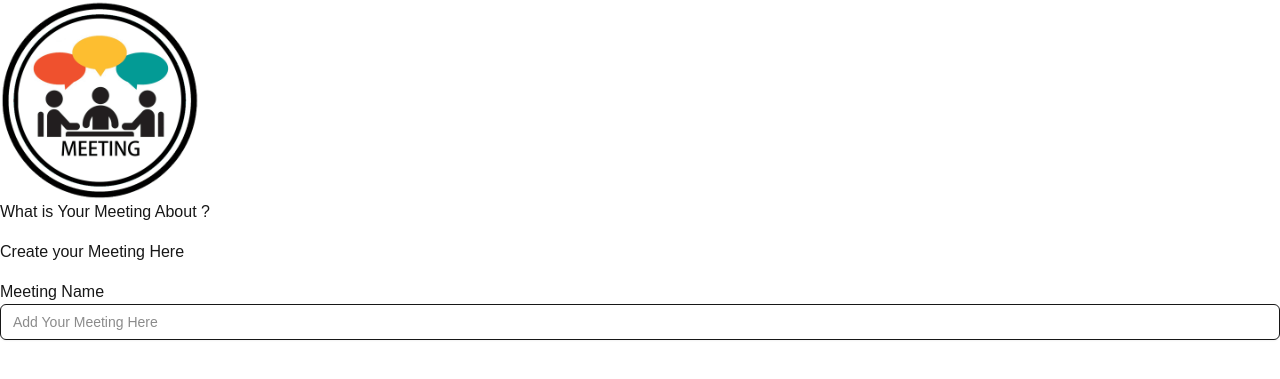
Repository: walaa-horani/scheduleMeetingNextjs
Page: /create-meeting
The author's editor kept a copy of each file at every save. The page is drawn from the files as they stood at one save, then again after the next save.
The browser window is 1280 px wide. The pictures show the whole page.
The project was rebuilt for these pictures with package versions that can differ from the ones it lists, and the page was loaded fresh each time. The framework's server and built-in components were replaced by stand-ins that run in the browser. Also part of the build but not shown: next.config.mjs.

Above is the page before, as saved 2025-05-24 10:57:27.

After the next save:
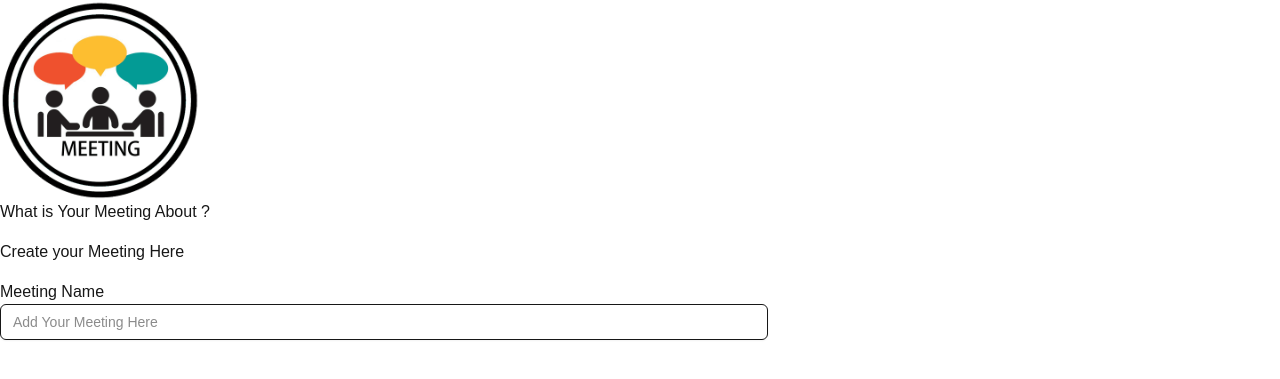
Saved 19 s later.
--- a/app/(routes)/create-meeting/page.js
+++ b/app/(routes)/create-meeting/page.js
@@ -5,7 +5,7 @@
   return (
     <div>
         <Image width={200} height={200} src="/logo.png" />
-        <div className='flex flex-col items center gap-4'>
+        <div className='flex flex-col items center gap-4 max-w-3xl'>
             <h2>What is Your Meeting About ?</h2>
             <p>Create your Meeting Here</p>
 
